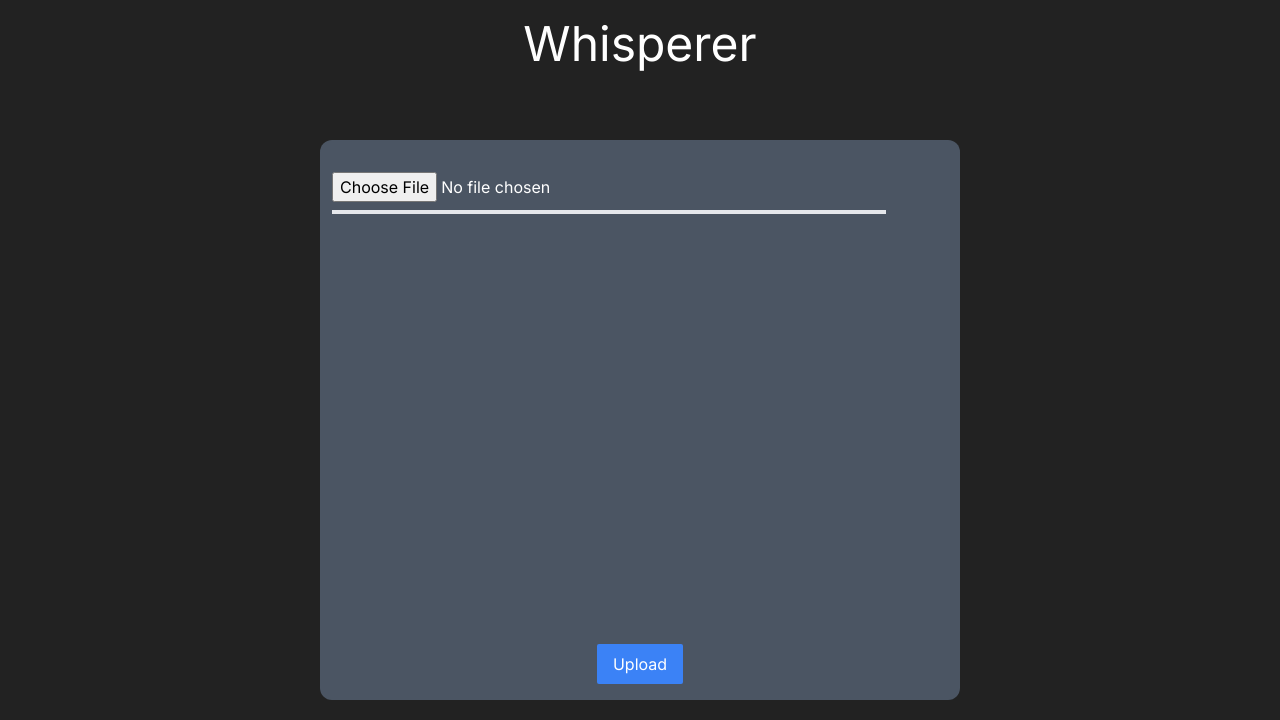
Repository: MikeeBuilds/whisperer
Page: /
These files come from the project's save history. The page is drawn as it stood at one moment and after a run of saves; the edit follows.
The browser window is 1280 px wide. The pictures show the whole page.
The project was rebuilt for these pictures with package versions that can differ from the ones it lists, and the page was loaded fresh each time. The framework's server and built-in components were replaced by stand-ins that run in the browser. Also part of the build but not shown: next.config.js.

Above is the page before, as saved 2023-06-26 15:31:46.

### src/app/page.tsx
'use client'

import { useState } from "react"


export default function Home() {
  const [theFile, setTheFile] = useState<File | null>(null);
  const [isLoading, setIsLoading] = useState(false);
  const [response, setResponse] = useState("");

  const handleFileChange = (event: React.ChangeEvent<HTMLInputElement>) => {
    const file = event.currentTarget.files?.[0];
    if (!file) return;

    setTheFile(file);
  };

  const callGetTranscription = async () => {
    setIsLoading(true);

    if (!theFile) {
      // Handle the case when no file is selected
      setIsLoading(false);
      return;
    }

    if (!theFile) {
      // Handle the case when no file is selected
      setIsLoading(false);
      return;
    }


//below this

    const formData = new FormData();
    formData.set("file", theFile);

    try {
      const response = await fetch("/api", {
        method: "POST",
        body: formData,
      });

      if (response.ok) {
        // Handle the success response
        console.log("File uploaded successfully");
      } else {
        // Handle the error response
        console.error("Failed to upload file");
      }

      const data = await response.json();

      setResponse(data.output.text);
    } catch (error) {
      // Handle any errors
      console.error("An error occurred while uploading the file", error);
    }

    setTheFile(null);
    setIsLoading(false);
  };

  return (
    <main className="flex min-h-screen flex-col items-center justify-between px-24 py-5">
      <h1 className="text-5xl font-sans">Whisperer</h1>

      <div className="flex  h-[35rem] w-[40rem] flex-col items-center bg-gray-600 rounded-xl">
        <div className=" h-full flex flex-col gap-2 overflow-y-auto py-8 px-3 w-full">
          <input type="file" accept=".wav, .mp3" onChange={handleFileChange} />

          <div className="w-[90%] h-max border-2 break-words">
            {isLoading ? "Loading..." : response ? response : ""}
          </div>
        </div>
        <div className="relative  w-[80%] bottom-4 flex justify-center">
          <button
            onClick={callGetTranscription}
            className="w-max bg-blue-500 px-4 py-2 rounded-sm "
          >
            Upload
          </button>
        </div>
      </div>
    </main>
  );
}

### src/app/globals.css
@tailwind base;
@tailwind components;
@tailwind utilities;

body {

  background: #222222 ;
  color: white;

}

### tailwind.config.js
/** @type {import('tailwindcss').Config} */
module.exports = {
  content: [
    './src/pages/**/*.{js,ts,jsx,tsx,mdx}',
    './src/components/**/*.{js,ts,jsx,tsx,mdx}',
    './src/app/**/*.{js,ts,jsx,tsx,mdx}',
  ],
  theme: {
    extend: {
      fontFamily: {
        sans: ['var(--font-inter)'],
      },
    },
  },
  plugins: [],
}

Loaded but not shown: src/app/layout.tsx (common file)

After the next 2 saves:
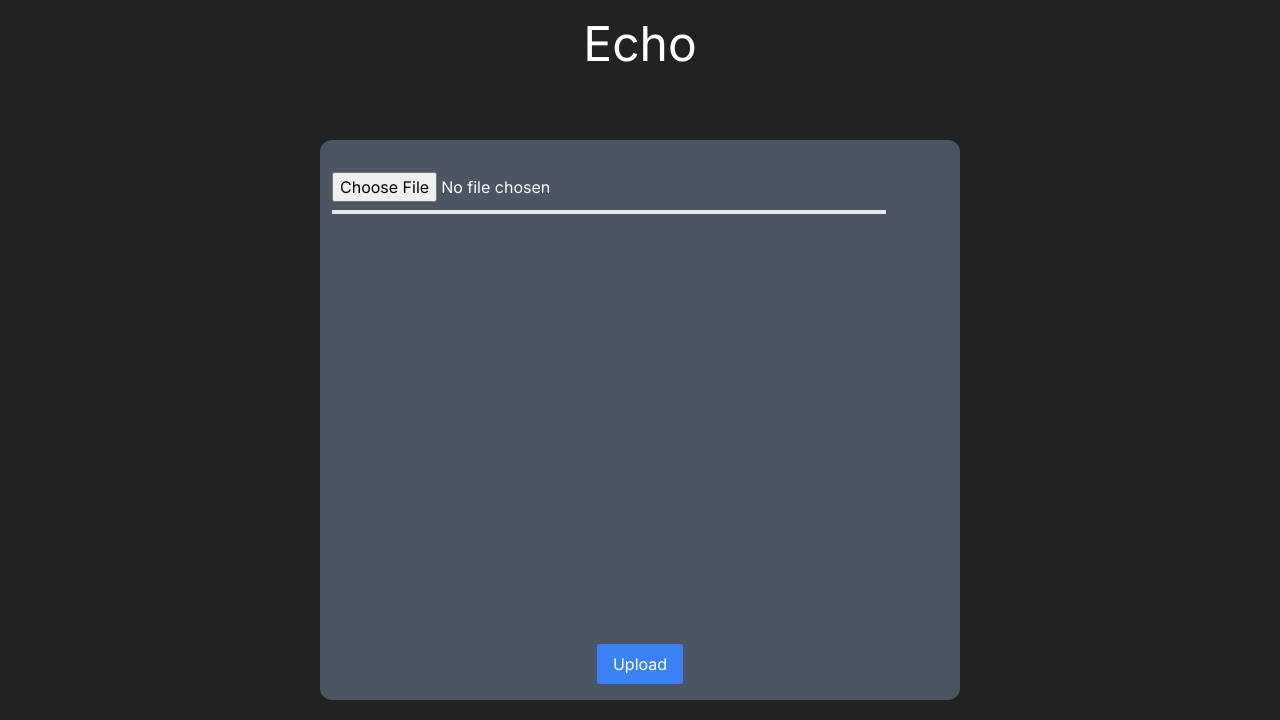
The 2 saves are shown as one change because they came seconds apart.
The last was saved 17 min 56 s later.
--- a/src/app/page.tsx
+++ b/src/app/page.tsx
@@ -64,7 +64,7 @@ export default function Home() {
 
   return (
     <main className="flex min-h-screen flex-col items-center justify-between px-24 py-5">
-      <h1 className="text-5xl font-sans">Whisperer</h1>
+      <h1 className="text-5xl font-sans">Echo </h1>
 
       <div className="flex  h-[35rem] w-[40rem] flex-col items-center bg-gray-600 rounded-xl">
         <div className=" h-full flex flex-col gap-2 overflow-y-auto py-8 px-3 w-full">
